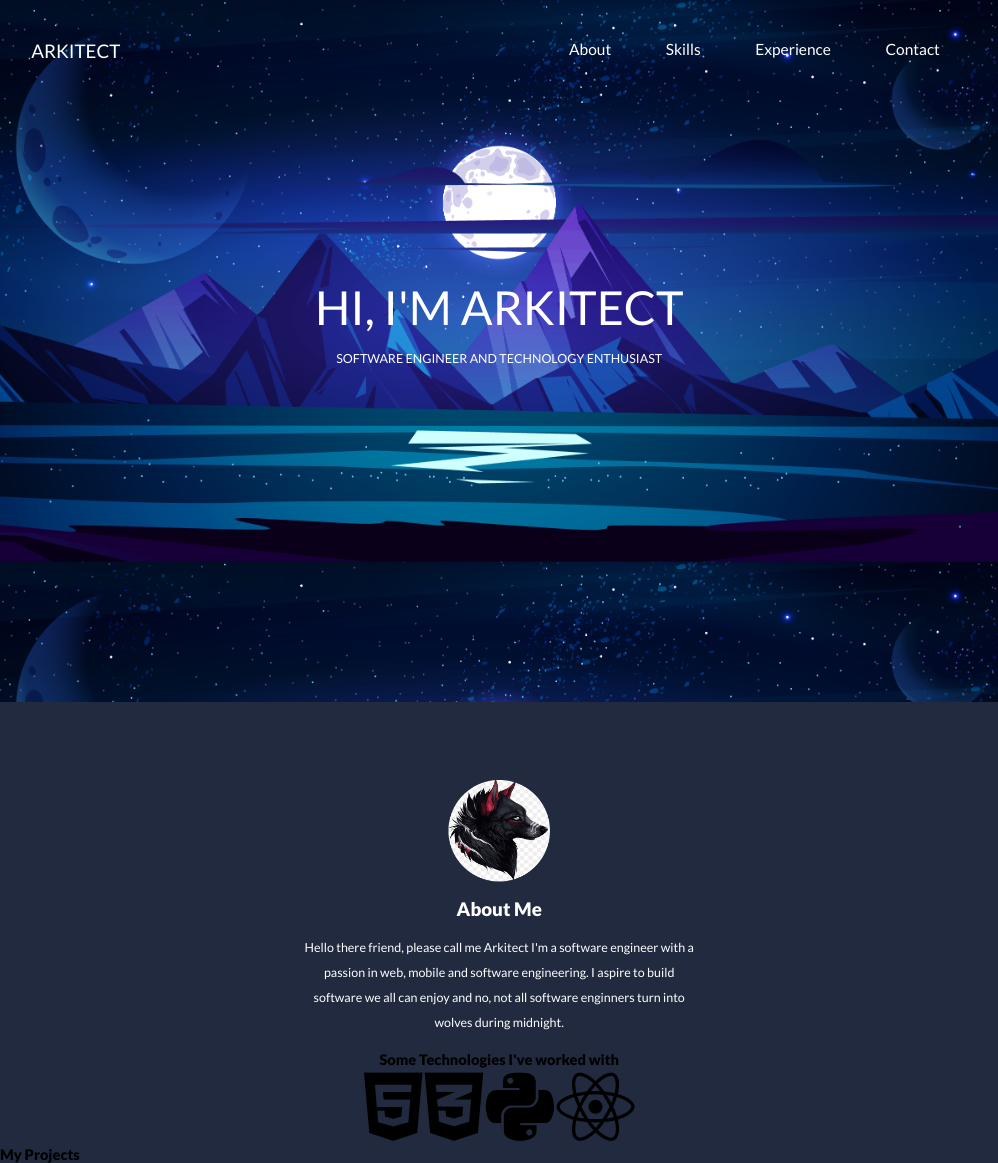
Repository: Arkitecth/personal-site
Page: index.html
An editor plug-in stored every save of this project. The page is shown before and after the next save, followed by the edit.
The browser window is 1280 px wide. The pictures show the whole page, at 78% of full size.
Backgrounds fixed to the window are drawn as part of the page.

Above is the page before, as saved 2023-06-17 18:20:22.

### index.html
<!DOCTYPE html>
<html lang="en">

<head>
    <meta charset="UTF-8">
    <meta http-equiv="X-UA-Compatible" content="IE=edge">
    <meta name="viewport" content="width=device-width, initial-scale=1.0">
    <link rel="preconnect" href="https://fonts.googleapis.com">
    <link rel="preconnect" href="https://fonts.gstatic.com" crossorigin>
    <link href="https://fonts.googleapis.com/css2?family=Lato:wght@300;400;900&display=swap" rel="stylesheet">
    <link rel="stylesheet" href="https://cdnjs.cloudflare.com/ajax/libs/font-awesome/6.4.0/css/all.min.css" integrity="sha512-iecdLmaskl7CVkqkXNQ/ZH/XLlvWZOJyj7Yy7tcenmpD1ypASozpmT/E0iPtmFIB46ZmdtAc9eNBvH0H/ZpiBw==" crossorigin="anonymous" referrerpolicy="no-referrer" />

    <link rel="stylesheet" href="styles.css">
    <title>Arkitect</title>
</head>

<body>
    <!-- Header -->
    <section id="title">
        <nav class="container">
            <a href="#" class="logo">Arkitect</a>
            <ul>
                <li><a href="#about">About </a></li>
                <li><a href="#">Skills </a></li>
                <li><a href="#">Experience </a></li>
                <li><a href="#">Contact</a></li>
            </ul>
        </nav>
        <div class="intro">
            <h1>Hi, I'm Arkitect</h1>
            <p>Software Engineer and Technology Enthusiast</p>
        </div>
    </section>

    <section id="about">
        <div class="about-page">
            <img class="profile-img" src="images/wolf-avatar.png" alt="wolf-avatar">
            <h2>About Me</h2>
            <p>Hello there friend, please call me Arkitect I'm a software engineer with a passion in web, mobile and
                software engineering.
                I aspire to build software we all can enjoy and no, not all software enginners turn into wolves during
                midnight.</p>
            </p>
        </div>
    </section>

    <section id="skills" class="container">
        <h3>Some Technologies I've worked with </h3>
        <div class="skill-section">
            <i class="fa-brands fa-html5"></i>
            <i class="fa-brands fa-css3-alt"></i>
            <i class="fa-brands fa-python"></i>
            <i class="fa-brands fa-react"></i>

        </div>

    </section>

    <section id="projects">
        <h3>My Projects </h3>
    </section>

    <section id="contact">

    </section>
</body>

</html>




<!--

<a href="https://www.freepik.com/free-vector/night-ocean-landscape-full-moon-stars-shine_17740155.htm#query=night%20sky&position=1&from_view=search&track=ais">Image by upklyak</a> on Freepik -->

### styles.css

* {
    margin: 0;
    padding: 0;
}

body {
    font-family: 'Lato', sans-serif;
    background-color: #212A3E
}

.container {
    max-width: 1200px;
    margin: 0 auto;
}



a {
    text-decoration: none;
    color: #fff;
}
#title {
    background: url(images/night_sky.jpg);
    background-attachment: fixed;
    background-size: cover;
    background-position: center;
    background-repeat: no-repeat;
    text-align: center;
    height: 900px;
}

nav {
    display: flex;
    flex-direction: row;
    align-content: center;
    justify-content: space-between;
    padding-top: 50px;
    font-size: 1.24rem;
}

nav ul {
    display: flex;
    list-style-type: none;
    flex-wrap: wrap;
}

nav ul li {
    padding: 0 30px;
}

nav ul li a {
    padding: 5px;
}


.logo {
    font-size: 1.5rem;
    text-transform: uppercase;
}




nav ul li a:active,
nav ul li a:hover {
    background: #fff;
    color: #2b1055;
    border-radius: 10%;
}


.intro {
    display: flex;
    flex-direction: column;
    justify-content: flex-end;
    align-items: center;
    padding-top: 30px;
    height: 50vh;
    color: #fff;
    text-transform: uppercase;
}



.intro > h1 {
    font-size: 60px;
    margin-bottom: 20px;
    font-weight: normal;
}


/* About Section */
.about-page {
    display: flex;
    align-items: center;
    flex-direction: column;
}

.profile-img {
    height: 130px;
    width: 130px;
    margin-top: 100px;
}

.about-page > p {
    width: 500px;
    font-size: 16px;
    color: white;
    margin-top: 20px;
    line-height: 2;
    text-align: center;
}
.about-page > h2 {
    color: white;
    margin-top: 20px;
    text-align: center;
}


/* Skill Section */
i {
    font-size: 100px;
}

#skills{
    text-align: center;
}

After the next save:
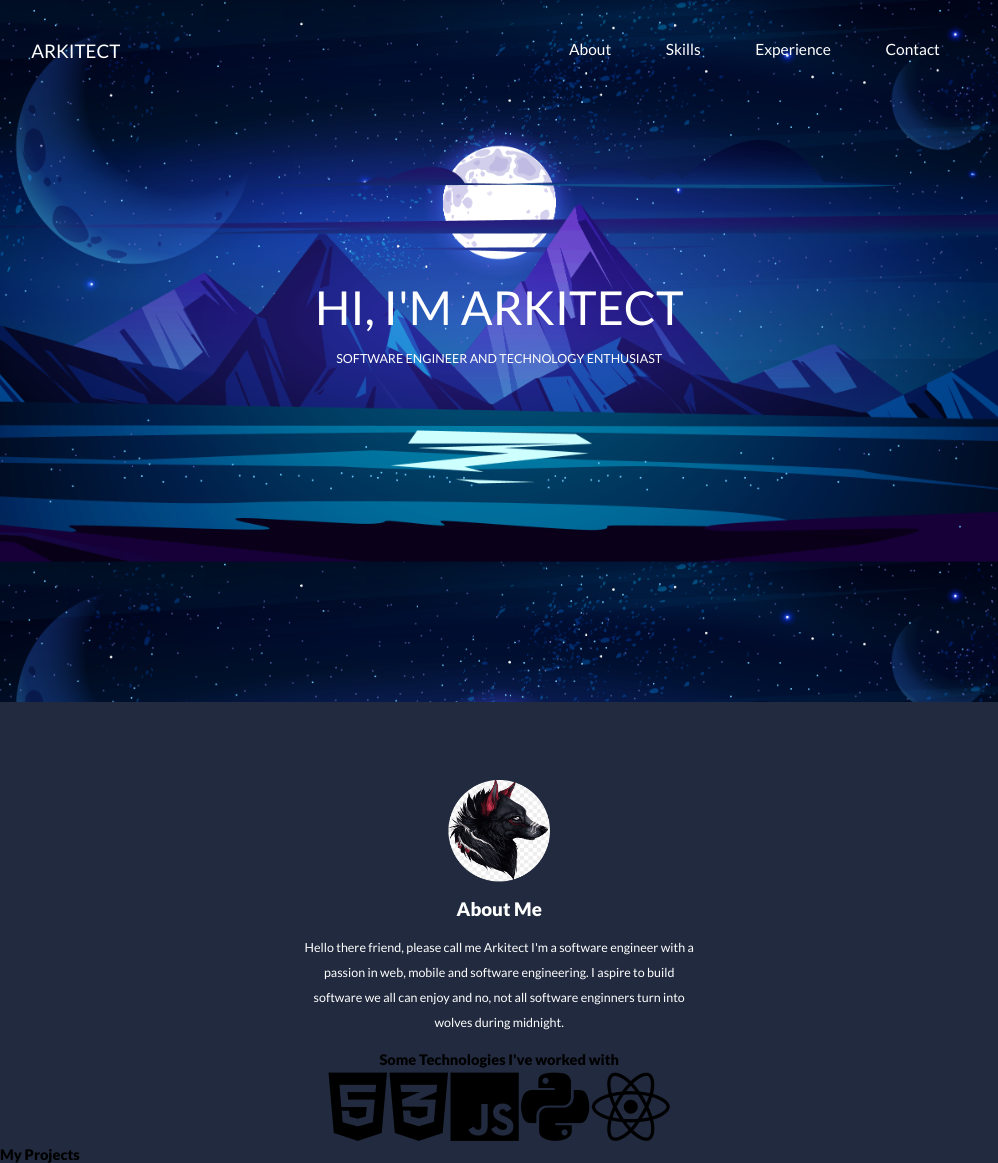
Saved 38 s later.
--- a/index.html
+++ b/index.html
@@ -49,6 +49,7 @@
         <div class="skill-section">
             <i class="fa-brands fa-html5"></i>
             <i class="fa-brands fa-css3-alt"></i>
+            <i class="fa-brands fa-js"></i>
             <i class="fa-brands fa-python"></i>
             <i class="fa-brands fa-react"></i>
 
